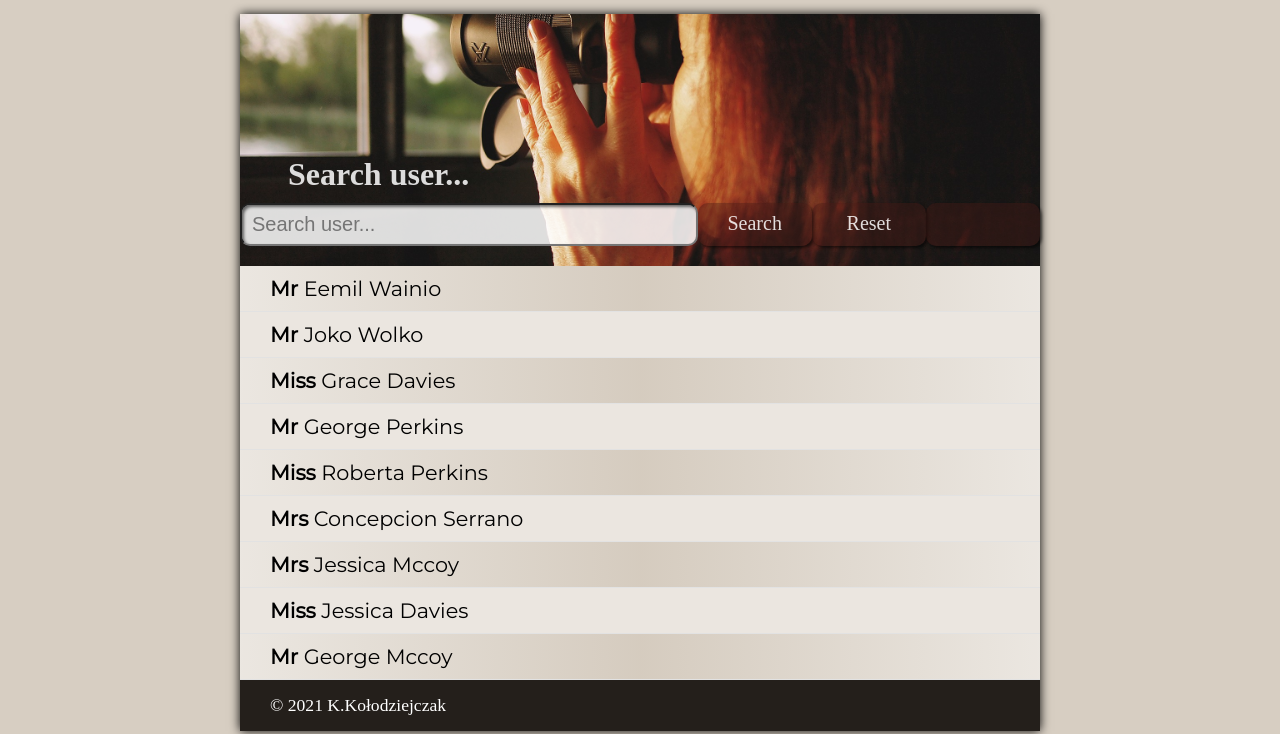
Repository: KrzysKolo/sr_tydzien5_zad4
Page: /
An editor plug-in stored every save of this project. The page is shown before and after the next save, followed by the edit.
The browser window is 1280 px wide. The pictures show the whole page.
Some web fonts or font styles are not loaded; a fallback is used. The project was rebuilt for these pictures with package versions that can differ from the ones it lists, and the page was loaded fresh each time. Also part of the build but not shown: src/components/userContainerComponents/Error.js.

Above is the page before, as saved 2021-01-05 15:50:54.

### public/index.html
<!DOCTYPE html>
<html lang="en">
  <head>
    <meta charset="utf-8" />
    <link rel="icon" href="%PUBLIC_URL%/favicon.ico" />
    <meta name="viewport" content="width=device-width, initial-scale=1" />
    <meta name="theme-color" content="#000000" />
    <meta
      name="description"
      content="Web site created using create-react-app"
    />
    <link rel="apple-touch-icon" href="%PUBLIC_URL%/logo192.png" />
    <!--
      manifest.json provides metadata used when your web app is installed on a
      user's mobile device or desktop. See https://developers.google.com/web/fundamentals/web-app-manifest/
    -->
    <link rel="manifest" href="%PUBLIC_URL%/manifest.json" />
    <!--
      Notice the use of %PUBLIC_URL% in the tags above.
      It will be replaced with the URL of the `public` folder during the build.
      Only files inside the `public` folder can be referenced from the HTML.

      Unlike "/favicon.ico" or "favicon.ico", "%PUBLIC_URL%/favicon.ico" will
      work correctly both with client-side routing and a non-root public URL.
      Learn how to configure a non-root public URL by running `npm run build`.
    -->
    <link rel="preconnect" href="https://fonts.gstatic.com">
<link href="https://fonts.googleapis.com/css2?family=Finger+Paint&family=Montserrat&family=Over+the+Rainbow&family=Peralta&display=swap" rel="stylesheet">
    <title>User search</title>
  </head>
  <body>
    <noscript>You need to enable JavaScript to run this app.</noscript>
    <div id="root"></div>
    <!--
      This HTML file is a template.
      If you open it directly in the browser, you will see an empty page.

      You can add webfonts, meta tags, or analytics to this file.
      The build step will place the bundled scripts into the <body> tag.

      To begin the development, run `npm start` or `yarn start`.
      To create a production bundle, use `npm run build` or `yarn build`.
    -->
  </body>
</html>

### src/App.js
import React from 'react';
import UsersContainer from './components/UsersContainer';
import './App.css';


const App = () => {

  return (
    <>
      <UsersContainer/>
    </>
  )
}

export default App;

### src/components/UsersContainer.js
import React, { useState, useEffect } from 'react';
import { Header, UserList, Footer, Error, Loading } from './userContainerComponents/'


const UsersContainer = () => {

  const UsersAPI = '/users.json';

  const [users, setUsers ] = useState([]);
  const [loading, setLoading] = useState(true);
  const [isErr, setIsErr] = useState(false);


  useEffect(() => {
    getUsers();
  }, []);

  const getUsers = () => {
    let timer = setTimeout(() => {
      fetch(UsersAPI)
      .then(res => {
        if (res.ok) {
        return res;
        }
        throw Error(res.status);
        })
      .then(res => res.json())
      .then(data => {
        console.log(data.users);
        setUsers(data.users);
        setLoading(false);
        clearTimeout(timer);
      })
      .catch(error => setIsErr(`The problem is with: ${error}`));
    }, 500);
  }

 /*  const handleChange = (e) => {
      const value = e.target.value.toLowerCase();
      setSearchValue(value);
      console.log(value);
      };
 */
    /* const handleSubmit = (e) => {
        console.log("klikm ;)");
      e.preventDefault();
      setIsErr("")
      if (searchValue !== "") {
      console.log(`sent ${searchValue}`);

      } else {
        setIsErr("Enter username!!");
      }
      };
 */
   /*  const handleReset = (e) => {
      console.log("reset");
      setSearchValue("");
      getUsers(setUsers);
      setLoading(true);
    }; */

    return (
        <section>
					<Header isErr={isErr}  />
          { loading ? <Loading/> : <UserList users={users}/>}
          { isErr && <Error isErr={setIsErr}/> }
          <Footer />
        </section>
    )

}

export default UsersContainer;

### src/App.css
* {
  box-sizing: border-box;
  padding: 0;
  margin: 0;
}
body {
  height: 100vh;
  width: 100vw;
  background-color: rgba(206, 194, 179, 0.8);
}
section {
  margin: 2vh auto;
  width: 70%;
  max-width: 800px;
  display: flex;
  flex-direction: column;
  box-shadow: 0 0 10px #000;
}
.header__section {
  height: 35vh;
  background-image: url("./images/girl.jpg");
  background-position: center;
  background-size: cover;
  display: flex;
  flex-direction: column;
  justify-content: flex-end;
}
.header__title {
  font-size: 2rem;
  font-family: "Peralta", cursive;
  margin: 0 auto 10px 3rem;
  color: rgba(255, 255, 255, 0.85);
}
.header__search-wrapper {
  width: 100%;
  margin-bottom: 20px;
  display: flex;
  justify-content: space-around;
}
.header__search {
  padding: 8px 10px;
  width: 60%;
  border-radius: 10px;
  background-color: rgba(255, 255, 255, 0.85);
  box-shadow: inset 2px 2px 3px 0px rgba(0, 0, 0, 0.55);
  font-size: 20px;
}
.header__search-btn {
  background: rgba(71, 26, 20, 0.4);
  color: rgba(255, 255, 255, 0.85);
  width: 15%;
  border-radius: 10px;
  box-shadow: 2px 2px 3px 0px rgba(0, 0, 0, 0.55);
  font-size: 20px;
  text-align: center;
  line-height: 40px;
  transition: 0.2s all ease;
  cursor: pointer;
}
.header__search-btn:hover {
  background: rgba(65, 28, 24, 1);
}
.user {
  font-size: 1.3rem;
  font-family: "Montserrat", sans-serif;
  padding: 10px 30px;
  list-style: none;
  border-bottom: 1px solid rgb(226, 226, 226);
  background-color: rgba(255, 255, 255, 0.5);
}
.user:nth-child(odd) {
  background: linear-gradient(
    90deg,
    rgba(255, 255, 255, 0.5) 0%,
    rgba(206, 194, 179, 0.2) 50%,
    rgba(255, 255, 255, 0.5) 100%
  );
}
.footer__wrapper {
  background-color: rgb(36, 31, 27);
  color: white;
  font-size: 1.1rem;
  padding: 10px 30px;
  width: 100%;
  height: 7vh;
  display: flex;
  align-items: center;
}
.error {
  color: rgb(195, 1, 4);
  padding: 10px;
  text-align: center;
  font-size: 1.2rem;
}

### src/components/userContainerComponents/index.js
export { default as Footer } from './Footer';
export { default as Header } from './Header';
export { default as UserList } from './UserList';
export { default as Error } from './Error';
export { default as Loading } from './Loading';

### src/components/userContainerComponents/Footer.js
import React from 'react';

const Footer = () => {
    return (
        <div className="footer__wrapper">
           © 2021 K.Kołodziejczak
        </div>
    )
}

export default Footer;

### src/components/userContainerComponents/Header.js
import React from 'react';
import { SearchUser } from './../searchComponents/';

const Header = ({isErr }) => {
   return (
        <div className="header__section">
            <h1 className="header__title">Search user...</h1>
            <SearchUser isErr={isErr} />
        </div>
    )
}

export default Header;

### src/components/userContainerComponents/UserList.js
import React from 'react';
import Loading from './Loading';

const UserList = ( { loading, users }) => {

    const user = users.map(user => (
        <li className="user" key={user.id}><b>{user.title}</b> {user.first} {user.last}</li>
      ))
    return (
        loading ? <Loading /> : <ul>{user}</ul>
    )
}

export default UserList;

### src/components/userContainerComponents/Loading.js
import React from 'react';
import spinner from './../../images/spinner.gif'
const Loading = () => {
    return (
        <img src={spinner} style={{width: 200, margin: 'auto', display: 'block'}} alt="Loading"/>
     );
}

export default Loading;

### src/components/searchComponents/index.js
export { default as SearchUser } from './SearchUser';

### src/components/searchComponents/SearchUser.js
import React, { useState, useRef } from 'react';
import { Button, Input } from './../formComponents/'
const SearchUser = () => {

	const [searchValue, setSearchValue] = useState("");

	const handleChange = (e) => {
		const value = e.target.value.toLowerCase();
		setSearchValue(value);
		console.log(value);
		};
		const nameInput = useRef();
		const handleFocus = () => {
			nameInput.current.focus();
			nameInput.current.value = "Wpisz dane";
			nameInput.current.style.color = '#f00';
		}
	const handleSubmit = (e) => {
		e.preventDefault();

		if(searchValue === "")
		{
			handleFocus();
			console.log("brak")
		}
		else {
		console.log(`send ${searchValue}`);
		}
	};


	const handleReset = () => {
		/* resetUsers(); */
		console.log("reset");
		setSearchValue('');

}

    return (
        <>
					<form className="header__search-wrapper" onSubmit={handleSubmit}>
          	<Input type="text" onChange={handleChange} value={searchValue} />
            <Button values="Search" onClick={handleSubmit} />
            <Button values="Reset" onClick={handleReset} />
						<Button ref={nameInput}/>
          </form>
        </>
    )
}

export default SearchUser;

### src/components/formComponents/index.js
export { default as Button} from './Button';
export { default as Input } from './Input';

### src/components/formComponents/Button.js
import React from 'react';

const Button = ({ values, onClick }) => {
    return (
        <div className="header__search-btn" onClick={onClick}>
            {values}
        </div>
    )
}

export default Button;

### src/components/formComponents/Input.js
import React from 'react';

const Input = ({ type, searchValue, onChange }) => {
    return (
        <>
          <input className="header__search" type={type} value={searchValue} onChange={onChange} placeholder="Search user..." />
        </>
    )
}

export default Input;

### public/users.json
{
    "users": [
      {
        "id": 1,
        "title": "Mr",
        "first": "Eemil",
        "last": "Wainio"
       },
      {
        "id": 2,
        "title": "Mr",
        "first": "Joko",
        "last": "Wolko"
      },
      {
        "id": 3,
        "title": "Miss",
        "first": "Grace",
        "last": "Davies"
      },
      {
        "id": 4,
        "title": "Mr ",
        "first": "George ",
        "last": "Perkins"
      },
      {
        "id": 5,
        "title": "Miss",
        "first": "Roberta ",
        "last": "Perkins"
      },
      {
        "id": 6,
        "title": "Mrs ",
        "first": "Concepcion ",
        "last": "Serrano"
      },
      {
        "id": 7,
        "title": "Mrs ",
        "first": "Jessica ",
        "last": "Mccoy"
      },
      {
        "id": 8,
        "title": "Miss",
        "first": "Jessica",
        "last": "Davies"
      },
      {
        "id": 9,
        "title": "Mr",
        "first": "George",
        "last": "Mccoy"
      }
    ]
  }

Loaded but not shown: src/index.js (common file)

After the next save:
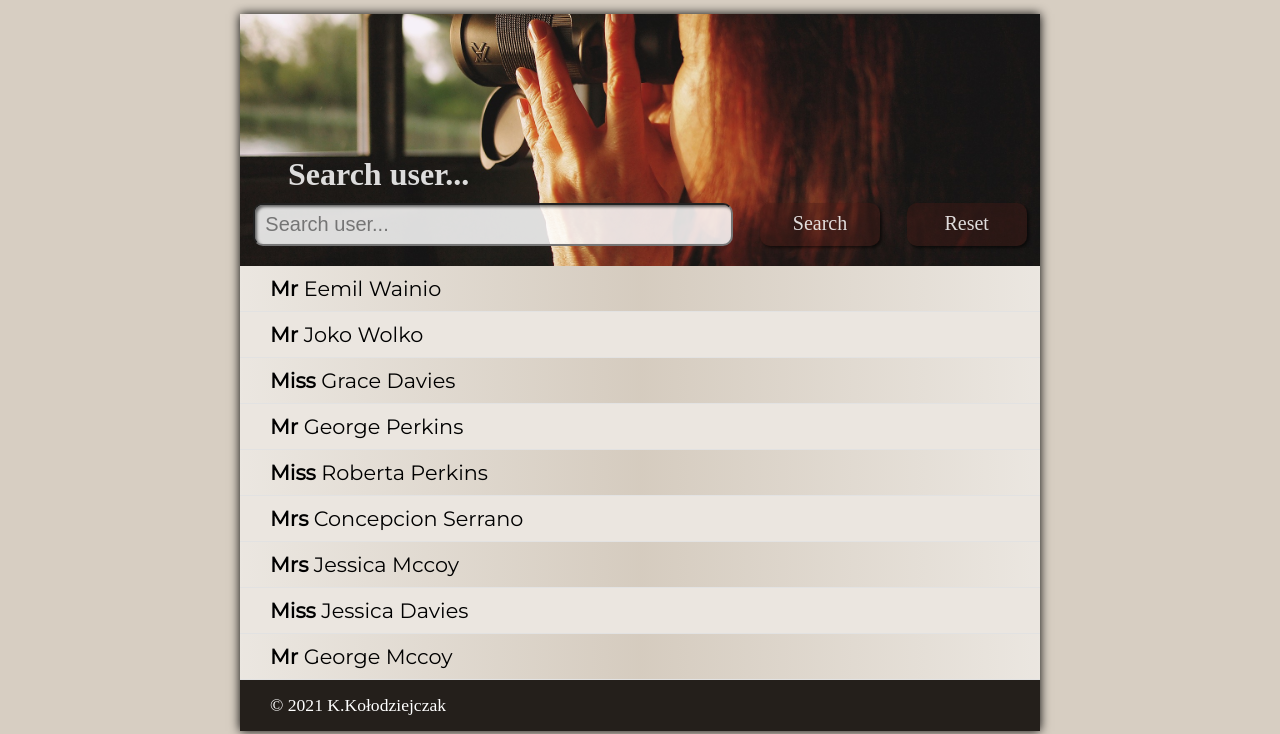
Saved 28 s later.
--- a/src/components/searchComponents/SearchUser.js
+++ b/src/components/searchComponents/SearchUser.js
@@ -42,7 +42,6 @@ const SearchUser = () => {
           	<Input type="text" onChange={handleChange} value={searchValue} />
             <Button values="Search" onClick={handleSubmit} />
             <Button values="Reset" onClick={handleReset} />
-						<Button ref={nameInput}/>
           </form>
         </>
     )
